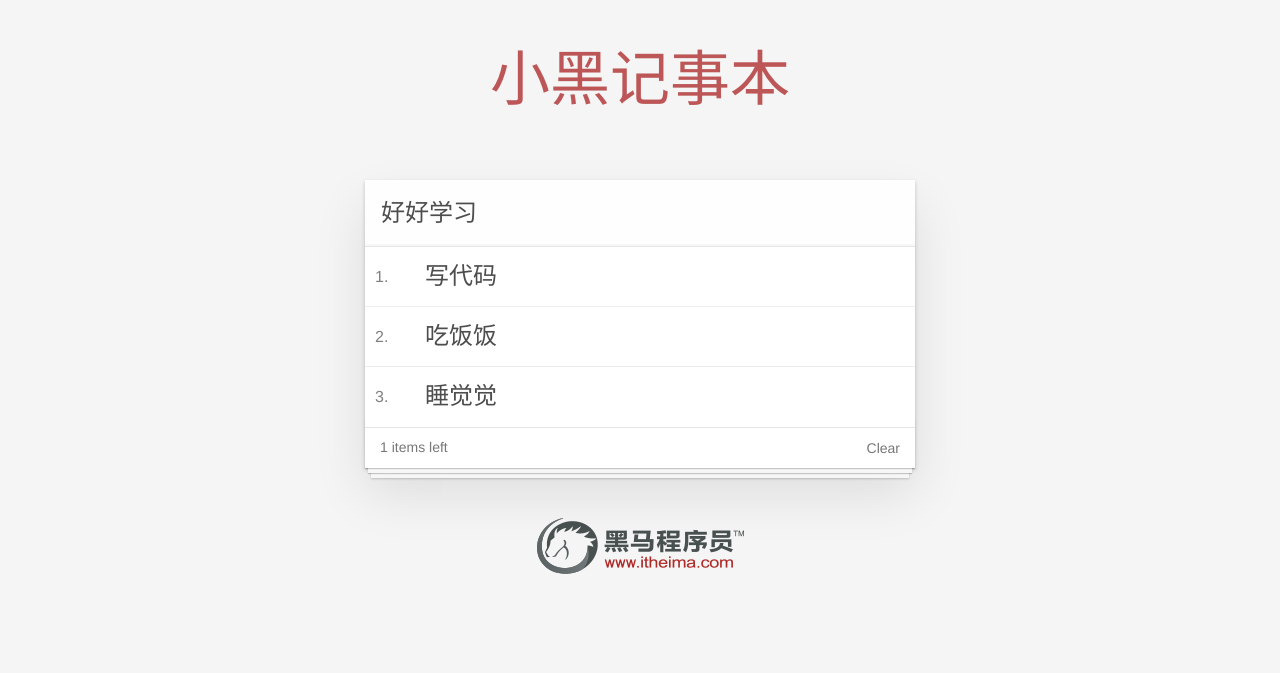
Repository: R1Deemo/Vue
Page: 快速入门Vue.js资料/04-源代码/demo-记事本/模板.html
These files come from the project's save history. The page is drawn as it stood at one moment and after the next save; the edit follows.
The browser window is 1280 px wide. The pictures show the whole page.

Above is the page before, as saved 2022-09-19 10:11:51.

After the next save:
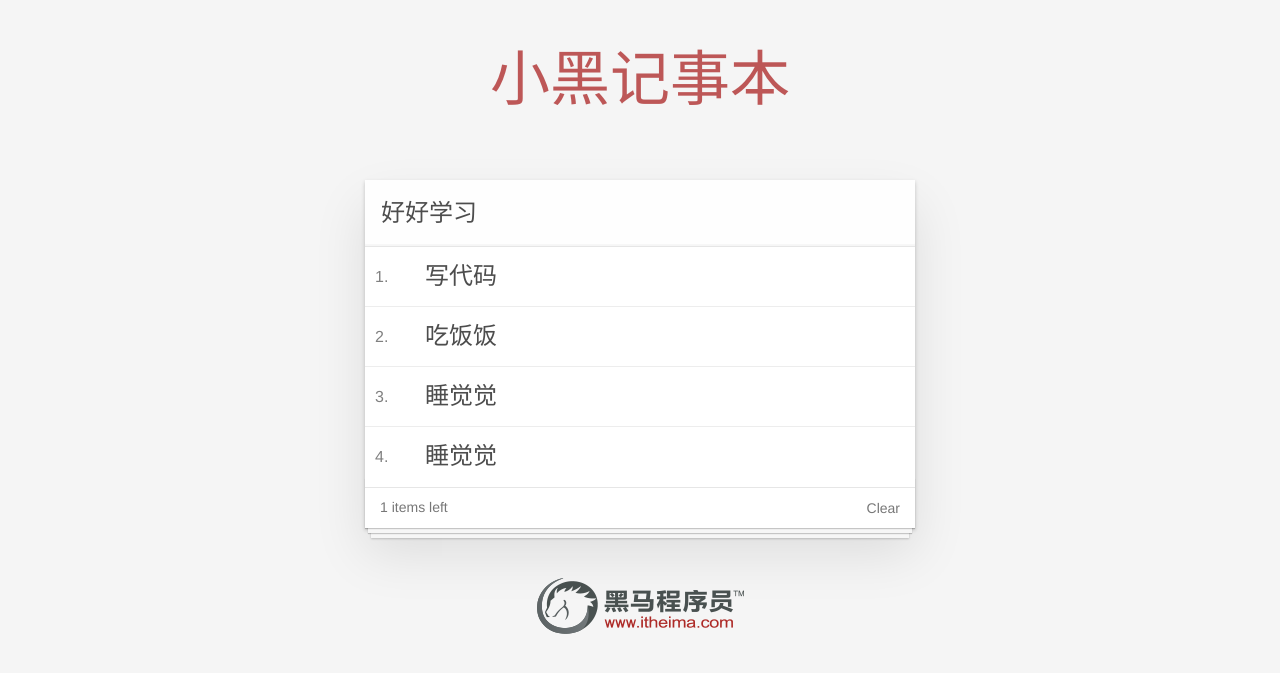
Saved 6 min 46 s later.
--- a/快速入门Vue.js资料/04-源代码/demo-记事本/模板.html
+++ b/快速入门Vue.js资料/04-源代码/demo-记事本/模板.html
@@ -52,7 +52,7 @@
         var app = new Vue({
             el: "#todoapp",
             data: {
-                list: ["写代码", "吃饭饭", "睡觉觉"],
+                list: ["写代码", "吃饭饭", "睡觉觉", "睡觉觉"],
                 inputValue: "好好学习"
             },
             methods: {

After the save that followed:
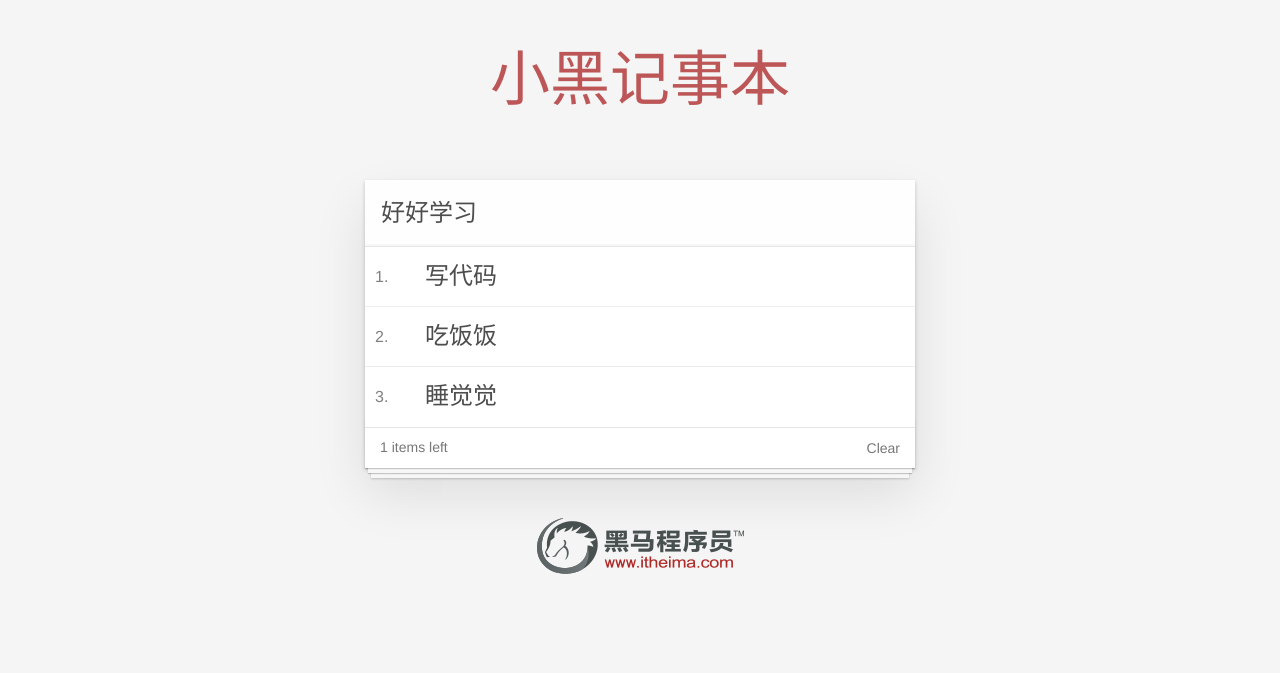
Saved 31 s later.
--- a/快速入门Vue.js资料/04-源代码/demo-记事本/模板.html
+++ b/快速入门Vue.js资料/04-源代码/demo-记事本/模板.html
@@ -52,7 +52,7 @@
         var app = new Vue({
             el: "#todoapp",
             data: {
-                list: ["写代码", "吃饭饭", "睡觉觉", "睡觉觉"],
+                list: ["写代码", "吃饭饭", "睡觉觉"],
                 inputValue: "好好学习"
             },
             methods: {
